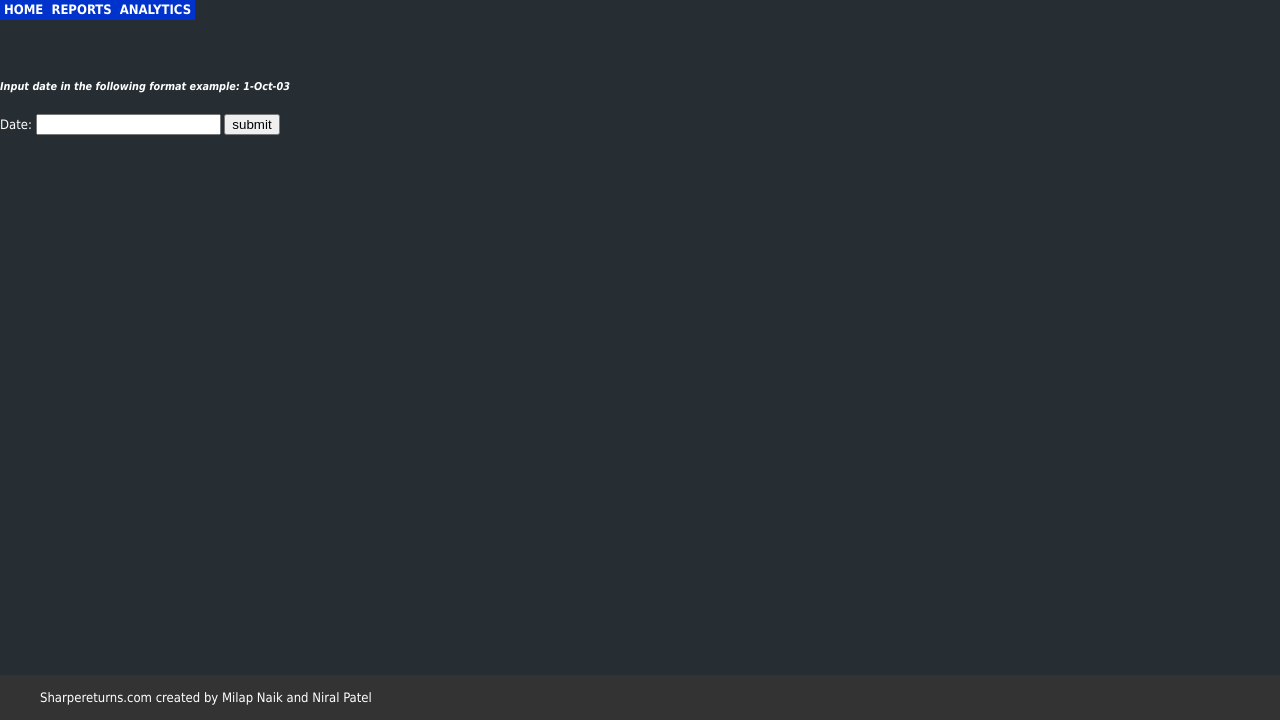
Repository: MilapNaik/Sharpereturns
Page: analytics.html
The author's editor kept a record of every edit. The page is drawn from the files as they stood at one moment, then again after the next edit.
The browser window is 1280 px wide. The pictures show the whole page.

Above is the page before.
Console error: TypeError: Cannot set properties of null (setting 'onsubmit')

After the next edit:
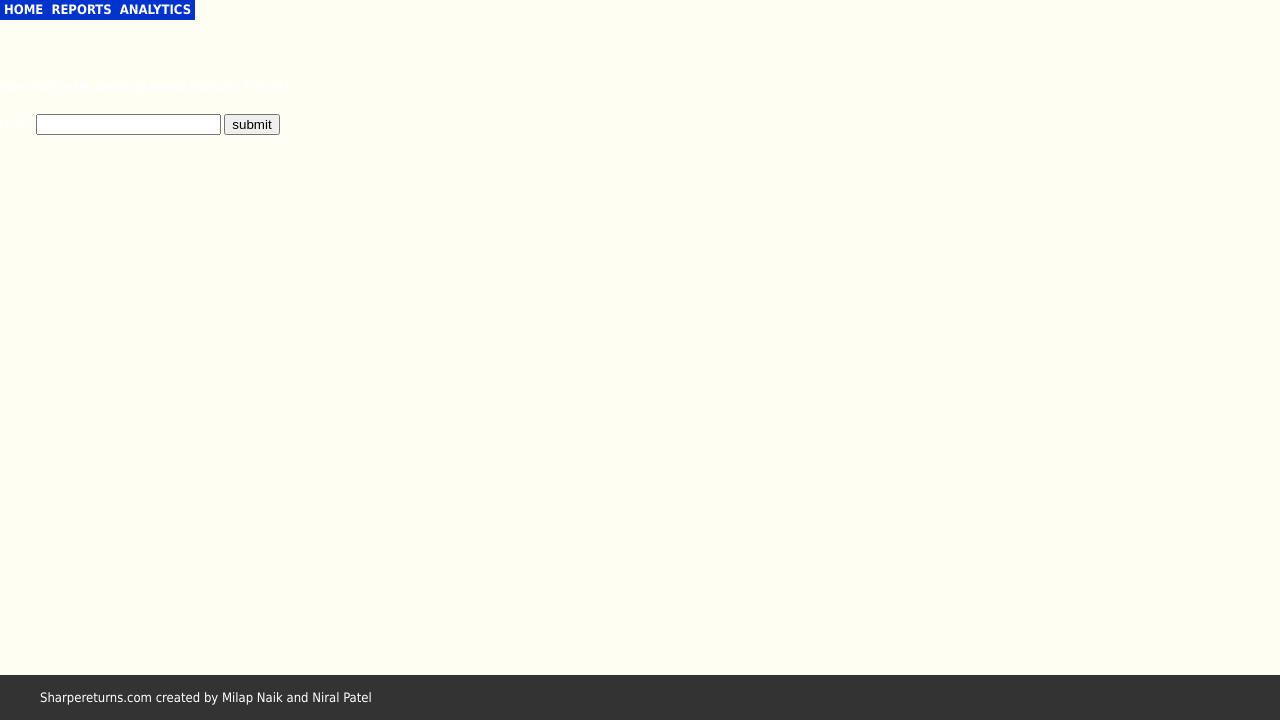
The edit:
--- a/style.css
+++ b/style.css
@@ -9,7 +9,7 @@
     font-family: Tahoma, Geneva, sans-serif;
     font-size: 13px;
     line-height: 1.5em;
-    background-color: #262e34;
+    background-color: #FEFEF2; /*#262e34;*/
 
 }
 nav ul {
